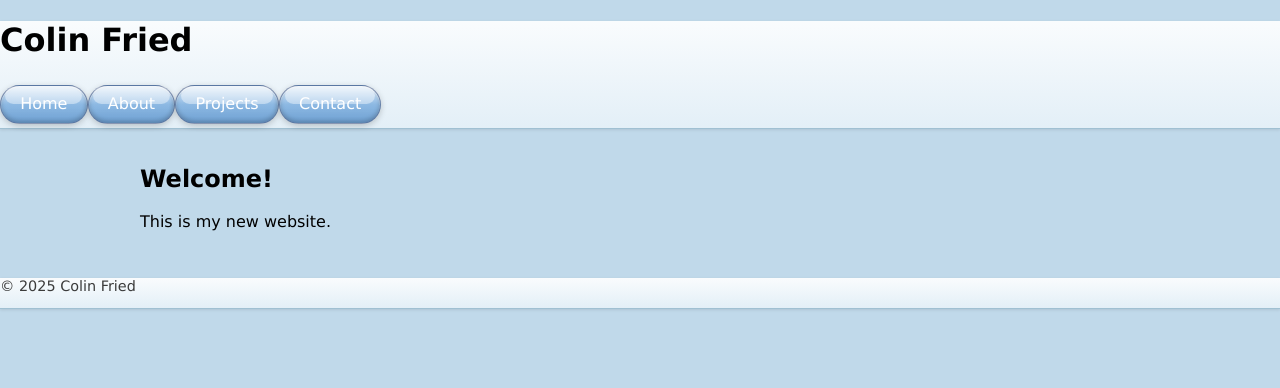
Repository: colinfdsaui/colin
Page: website.html
An editor plug-in stored every save of this project. The page is shown before and after the next save, followed by the edit.
The browser window is 1280 px wide. The pictures show the whole page.

Above is the page before, as saved 2025-07-09 08:49:44.

After the next save:
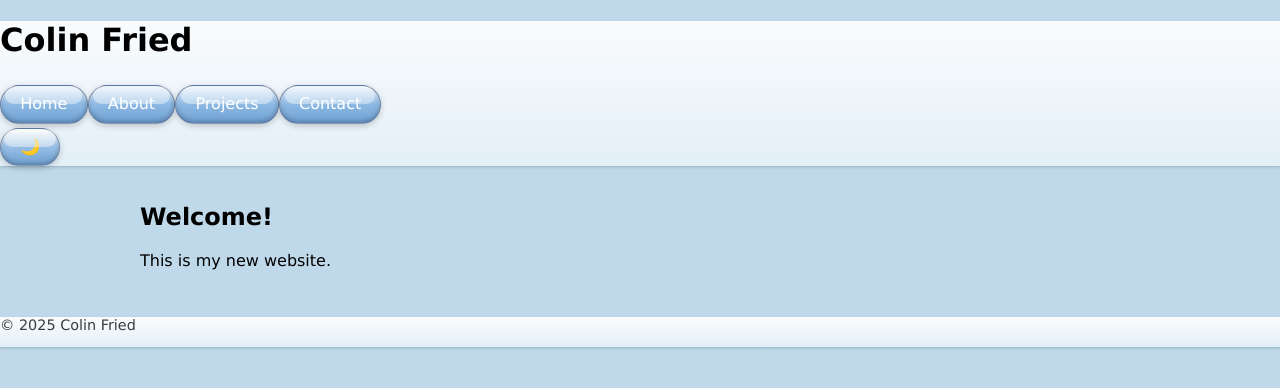
Saved 20 s later.
--- a/website.html
+++ b/website.html
@@ -36,6 +36,10 @@
             <li><a href="test.html">Contact</a></li>
         </ul>
     </nav>
+    <button id="theme-toggle" aria-label="Toggle dark mode">
+  🌙
+</button>
+
 </header>
 
 <!-- Main Content-->

After the 2 saves that followed:
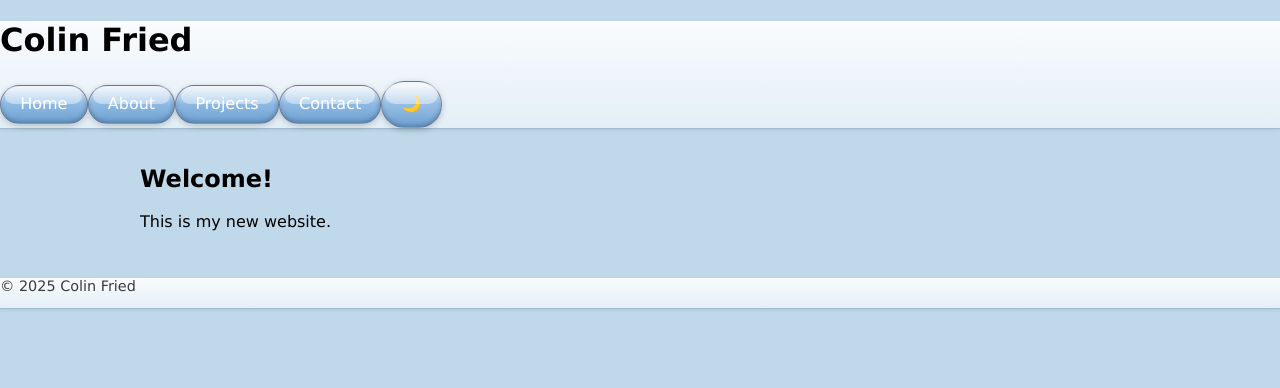
The 2 saves are shown as one change because 1 left the picture as it was.
The last was saved 29 s later.
--- a/website.html
+++ b/website.html
@@ -34,11 +34,11 @@
             <li><a href="about.html">About</a></li>
             <li><a href="projects.html">Projects</a></li>
             <li><a href="test.html">Contact</a></li>
+            <button id="theme-toggle" aria-label="Toggle dark mode">
+          🌙
+        </button>
         </ul>
     </nav>
-    <button id="theme-toggle" aria-label="Toggle dark mode">
-  🌙
-</button>
 
 </header>
 
